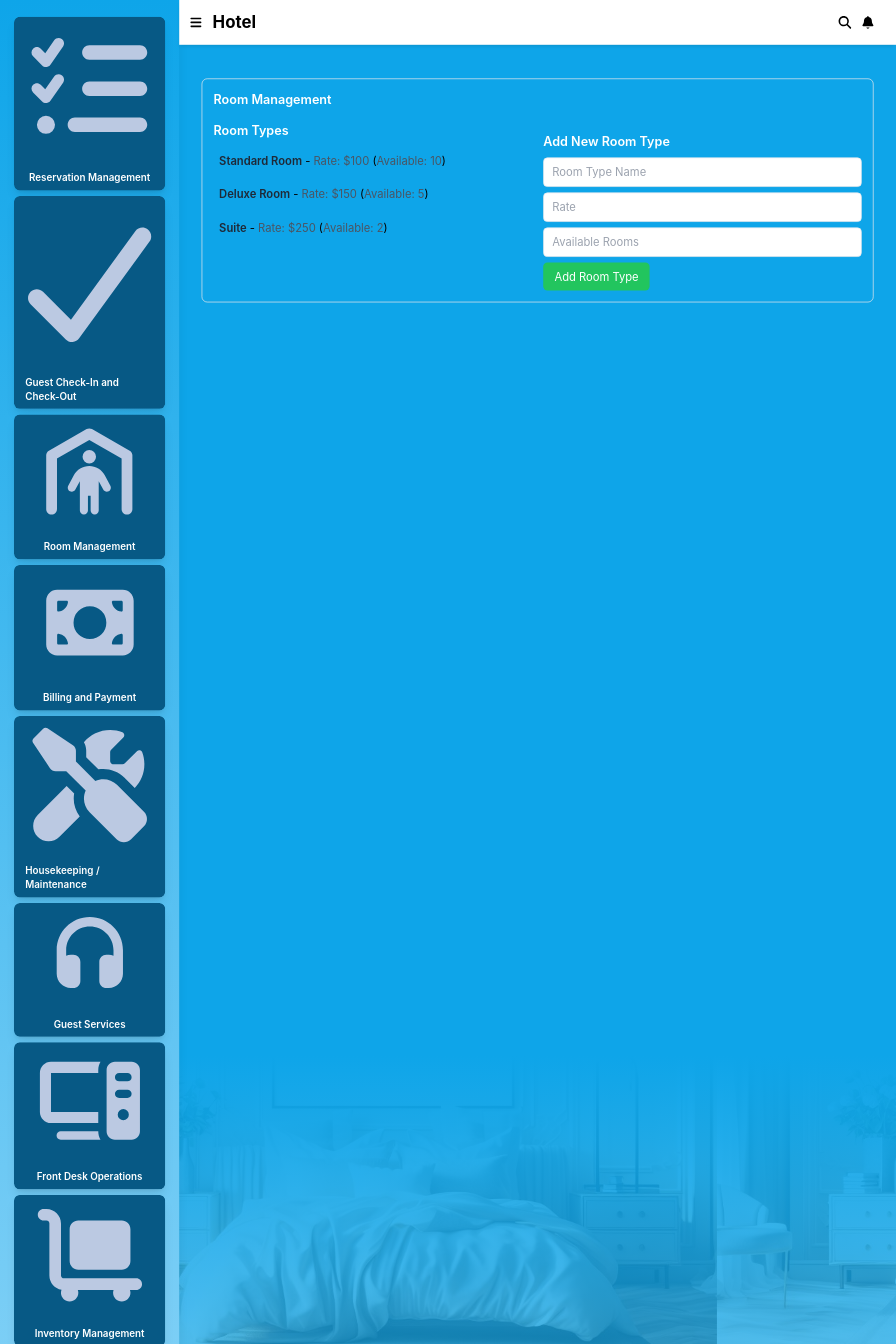
Repository: musabismael/Hotel
Page: /room_management
These files come from the project's save history. The page is drawn as it stood at one moment and after a run of saves; the edit follows.
The browser window is 1280 px wide. The pictures show the part of the page from y = 0 to 1920 px (the page is 3016 px tall), at 70% of full size.
The project was rebuilt for these pictures with package versions that can differ from the ones it lists, and the page was loaded fresh each time. Also part of the build but not shown: vite.config.js, src/App.css, src/pages/ReservationManagement.jsx, src/pages/GuestCheckInOut.jsx, src/pages/BillingPayment.jsx, src/pages/HousekeepingMaintenance.jsx, src/pages/GuestServices.jsx, src/pages/FrontDeskOperations.jsx and 5 more.

Above is the page before, as saved 2023-10-01 19:14:58.

After the next 2 saves:
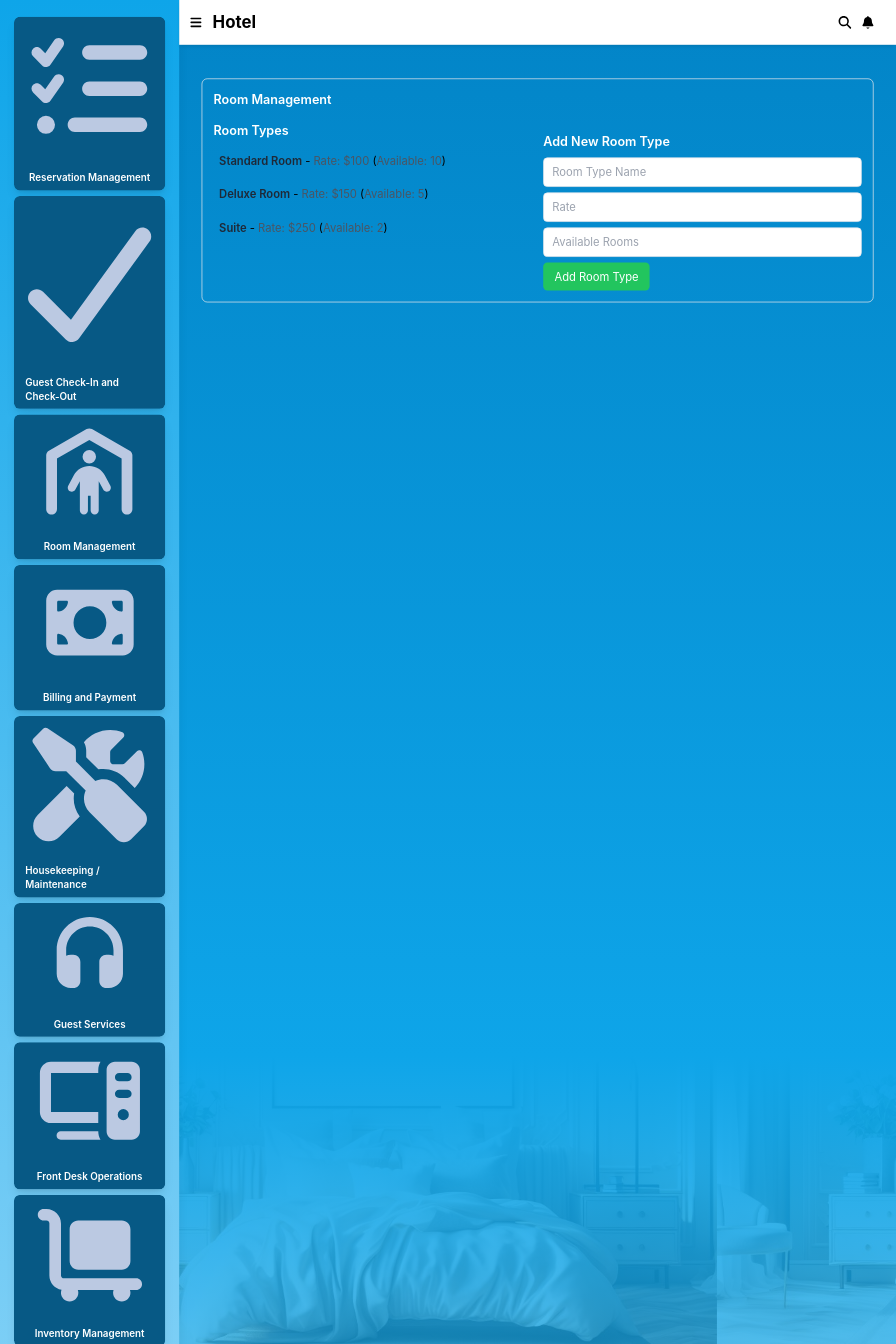
The 2 saves are shown as one change because they came seconds apart.
The last was saved 7 s later.
--- a/src/layouts/LandingPageLayout.jsx
+++ b/src/layouts/LandingPageLayout.jsx
@@ -3,7 +3,7 @@ import Header from "../component/Header";
 import Sidebar from "../component/Sidebar";
 const LandingPageLayout = () => {
   return (
-    <div className="flex bg-gradient-to-b from-sky-500 via-sky-500">
+    <div className="flex bg-gradient-to-b from-sky-600 via-sky-500">
       <Sidebar />
 
       <div className="flex-1">
